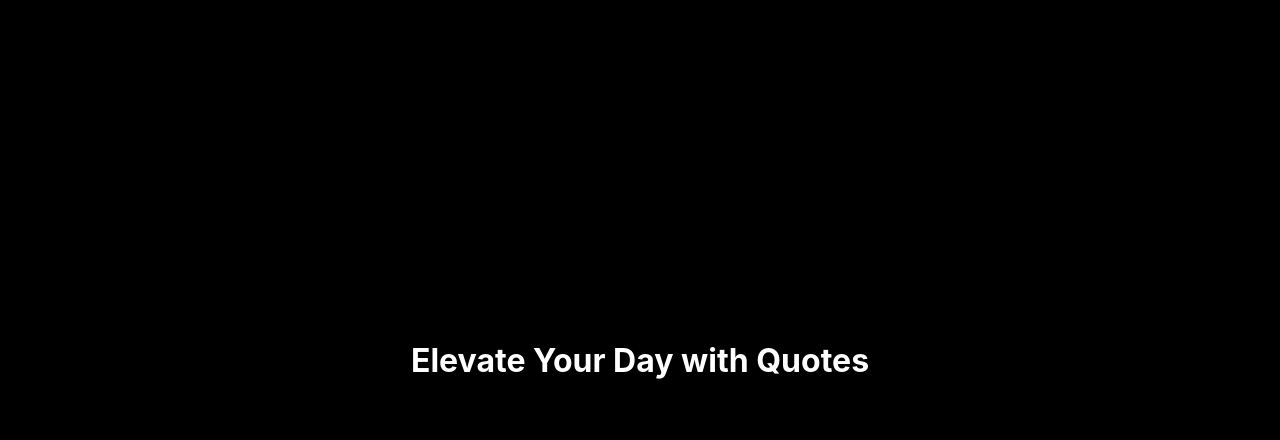
Repository: Bhavik-Sanghar/Quote-app
Page: /
An editor plug-in stored every save of this project. The page is shown before and after the next save, followed by the edit.
The browser window is 1280 px wide. The pictures show the whole page.
The page's requests for data from a server got no answer. The project was rebuilt for these pictures with package versions that can differ from the ones it lists, and the page was loaded fresh each time. No one was signed in, and anything a server would have sent is missing. Also part of the build but not shown: src/styles.css.

Above is the page before, as saved 2023-08-18 14:50:14.

After the next save:
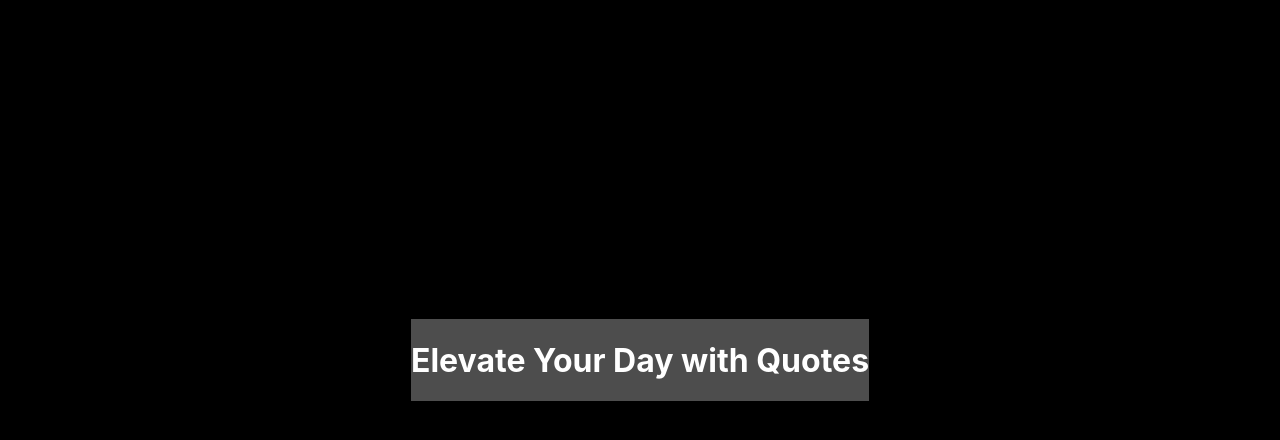
Saved 7 s later.
--- a/src/components/New.css
+++ b/src/components/New.css
@@ -8,5 +8,5 @@
 }
 
 .card-container{
-  background-color : (255,255,255,0.3);
+  background-color : rgb(255,255,255,0.3);
 }
